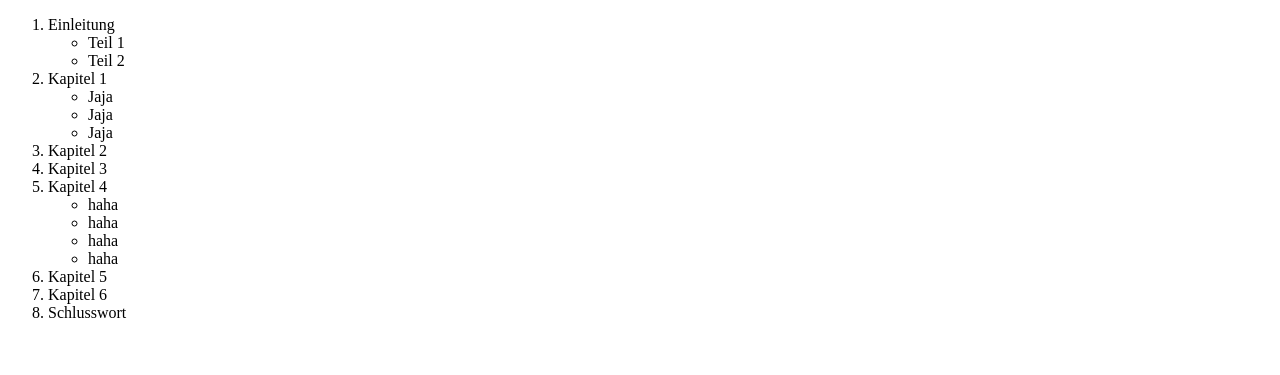
Repository: m0lt/modul_1
Page: 20250701_Aufgaben/List-Level-1_2/index.html
The author's editor kept a copy of each file at every save. The page is drawn from the files as they stood at one save, then again after the next save.
The browser window is 1280 px wide. The pictures show the whole page.

Above is the page before, as saved 2025-07-02 21:30:43.

### 20250701_Aufgaben/List-Level-1_2/index.html
<!DOCTYPE html>
<html lang="en">
<head>
    <meta charset="UTF-8">
    <meta name="viewport" content="width=device-width, initial-scale=1.0">
    <title>Document</title>
</head>
<body>
    <ol>
        <li>Einleitung</li>
            <ul>
                <li>Teil 1</li>
                <li>Teil 2</li>
            </ul>
        <li>Kapitel 1</li>
            <ul>
                <li>Jaja</li>
                <li>Jaja</li>
                <li>Jaja</li>
            </ul>
        <li>Kapitel 2</li>
        <li>Kapitel 3</li>
        <li>Kapitel 4</li>
            <ul>
                <li>haha</li>
                <li>haha</li>
                <li>haha</li>
                <li>haha</li>
            </ul>
        <li>Kapitel 5</li>
        <li>Kapitel 6</li>
        <li>Schlusswort</li>
    </ol>
</body>
</html>

After the next save:
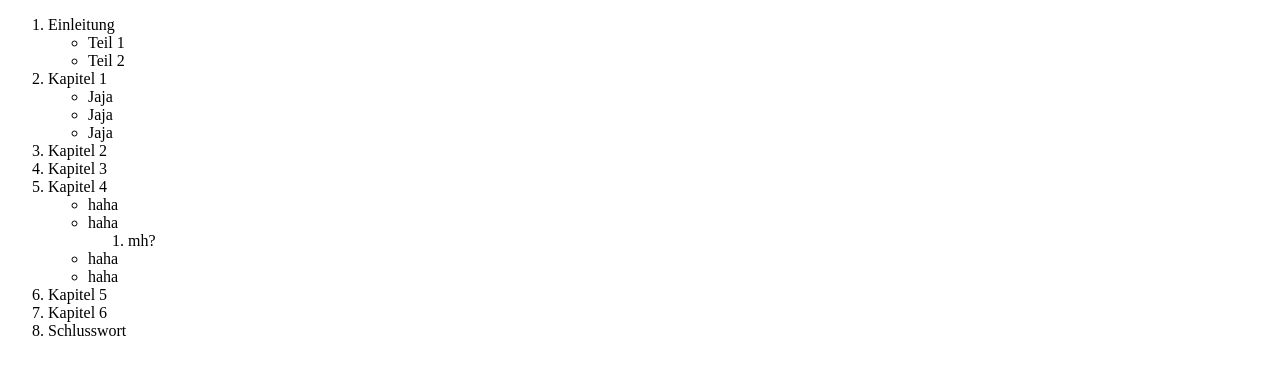
Saved 16 s later.
--- a/20250701_Aufgaben/List-Level-1_2/index.html
+++ b/20250701_Aufgaben/List-Level-1_2/index.html
@@ -24,6 +24,9 @@
             <ul>
                 <li>haha</li>
                 <li>haha</li>
+                    <ol>
+                        <li>mh?</li>
+                    </ol>
                 <li>haha</li>
                 <li>haha</li>
             </ul>
